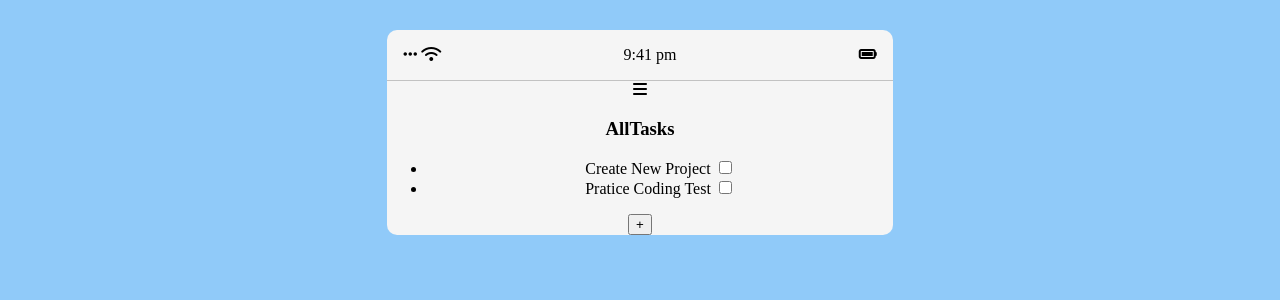
Repository: EEOOOO/javascript-projects
Page: todoListApp/index.html
These files come from the project's save history. The page is drawn as it stood at one moment and after the next save; the edit follows.
The browser window is 1280 px wide. The pictures show the whole page.
Some web libraries are served in a nearby version.

Above is the page before, as saved 2022-07-29 15:53:21.

### todoListApp/index.html
<!DOCTYPE html>
<html lang="en">
<head>
    <meta charset="UTF-8">
    <meta http-equiv="X-UA-Compatible" content="IE=edge">
    <meta name="viewport" content="width=device-width, initial-scale=1.0">
    <script defer src="https://kit.fontawesome.com/7419342558.js" crossorigin="anonymous"></script>
    <script defer src="todoList.js"></script>
    <link rel="stylesheet" href="style.css">
    <title>ToDoList</title>
</head>
<body>
    <section class="container">
        <section class="defaultIcons">
            <div class="left">
                <i class="fas fa-ellipsis"></i>
                <i class="fas fa-wifi"></i>
            </div>
            <span class="time">9:41 pm</span>
            <div class="right">
                <span class="batterySpan"></span>
                <i class="fas fa-battery-full"></i>
            </div>
        </section>
        <nav class="navbar">
            <i class="fas fa-bars"></i>
            <h1 class="title">AllTasks</h1>
        </nav>
        <section class="taskList">
            <ul class="tasks">
                <li class="task">
                    <span class="taskContent">Create New Project</span>
                    <input type="checkbox" class="taskChecker">
                </li>
                <li class="task">
                    <span class="taskContent">Pratice Coding Test</span>
                    <input type="checkbox" class="taskChecker">
                </li>
            </ul>
            <button class="addButton">+</button>
        </section>
    </section>
</body>
</html>

### todoListApp/style.css
:root {
  --color-blue: #90caf9;
  --color-white: #f5f5f5;
  --color-lightgray: #c2c2c2;
}
body {
  background-color: var(--color-blue);

  text-align: center;
}
.container {
  background-color: var(--color-white);
  margin: 30px auto;
  width: 40%;
  border-radius: 10px;
}
.defaultIcons {
  display: flex;
  justify-content: space-between;
  border-bottom: 1px solid var(--color-lightgray);
  padding: 1rem;
}

Loaded but not shown: todoListApp/todoList.js (no stored copy; drawn as an empty file)

After the next save:
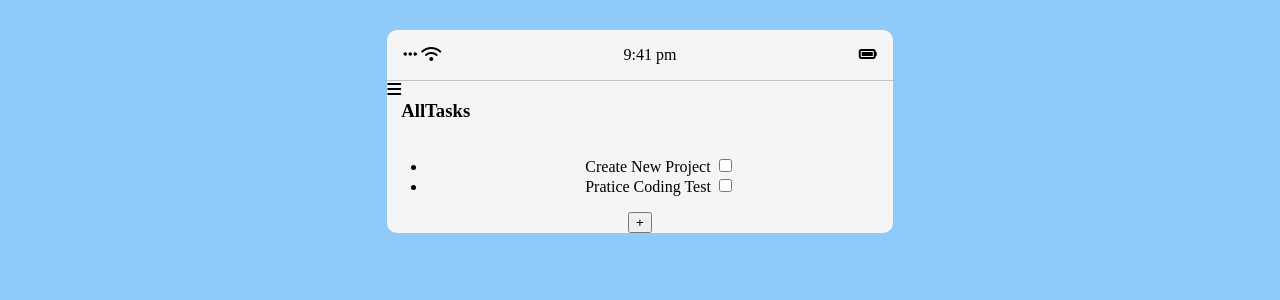
Saved 17 s later.
--- a/todoListApp/style.css
+++ b/todoListApp/style.css
@@ -20,3 +20,6 @@ body {
   border-bottom: 1px solid var(--color-lightgray);
   padding: 1rem;
 }
+.navbar {
+  display: flex;
+}
